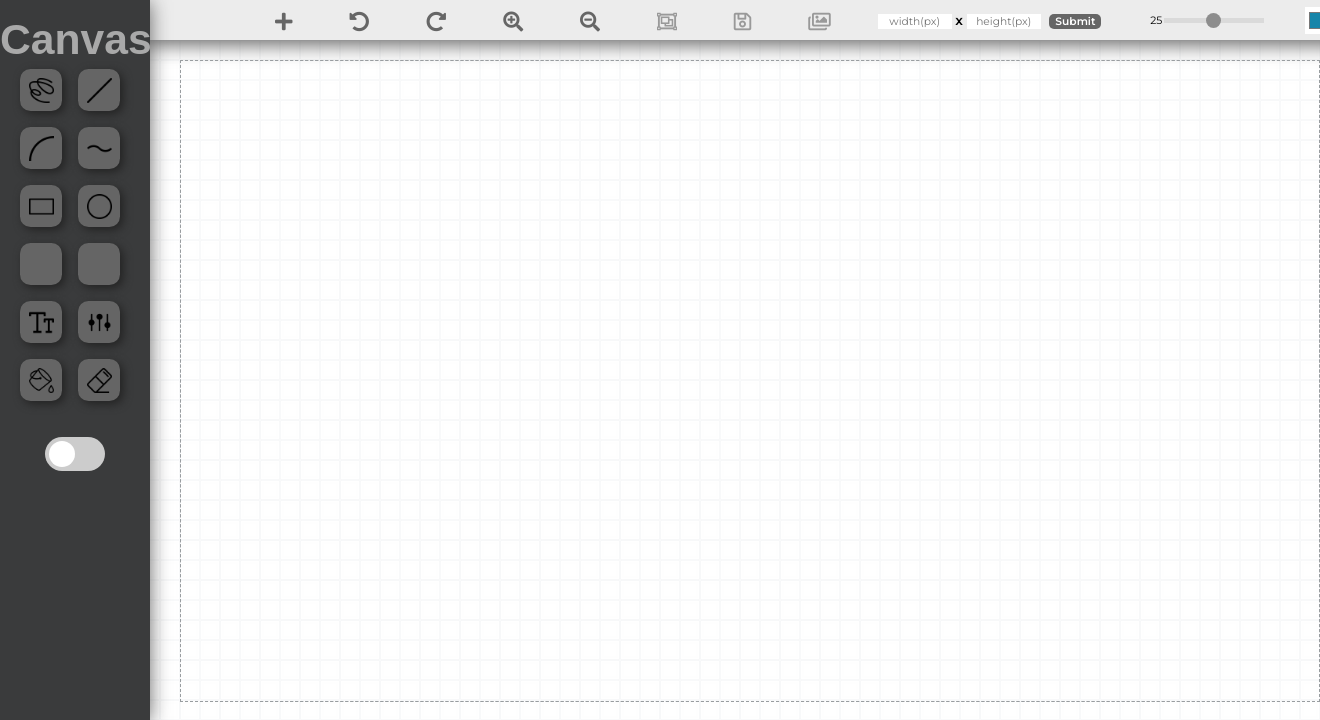
Repository: moryahng/myCanvasProject
Page: index.html
The author's editor kept a copy of each file at every save. The page is drawn from the files as they stood at one save, then again after a run of saves.
The browser window is 1280 px wide. The page is 1320 px wide, so the pictures cover 1320 px, including what lies to the right of the window. The pictures show the whole page.
Some web fonts or font styles are not loaded; a fallback is used.

Above is the page before, as saved 2021-11-11 13:47:30.
Console error: SyntaxError: Unexpected token 'this'

### index.html
<!DOCTYPE html>
<html lang="en">
<head>
    <meta charset="UTF-8">
    <meta http-equiv="X-UA-Compatible" content="IE=edge">
    <meta name="viewport" content="width=device-width, initial-scale=1.0">
    <!-- Font Awesome-->
    <link rel="stylesheet" href="https://use.fontawesome.com/releases/v5.15.4/css/all.css" integrity="sha384-DyZ88mC6Up2uqS4h/KRgHuoeGwBcD4Ng9SiP4dIRy0EXTlnuz47vAwmeGwVChigm" crossorigin="anonymous">
    <link rel="stylesheet" href="style.css">
    <title>Canvas</title>
</head>
<body>
    <!-- Navbar -->
    <nav class="nav-bar">
            <div id="description">
            <label id="label-undo" for="undo">Undo</label>
            <label id="label-redo"for="redo">Redo</label>
            <label id="label-colour-fill" for="pri-color">Fill</label>
            <label id="label-colour-border"for="sec-color">Border</label>

        </div>

        <div class="nav-items-container">
            <div class="nav-icon"><i class="fas fa-plus"></i></div>
            <div class="nav-icon"id="undo-btn"><i class="fas fa-undo-alt"></i></div>
            <div class="nav-icon"><i class="fas fa-redo-alt"></i></div>
            <div class="nav-icon"><i class="fas fa-search-plus"></i></div>
            <div class="nav-icon"><i class="fas fa-search-minus"></i></div>
            <div class="nav-icon deative"><i class="far fa-object-group"></i></div>
            <div class="nav-icon deative"><i class="far fa-save"></i></div>
            <div class="nav-icon deative"><i class="far fa-images"></i></div>

            <form id="dimension-input">
                <input class="dimension" id="canvas-width" type="text" placeholder="width(px)">
                x
                <input class="dimension" id="canvas-height" type="text" placeholder="height(px)">
                <input class="btn-submit" type="submit" value="Submit">
                <span class="nav-icon checked" id="submit-check"><i class="fas fa-check-circle"></i></span>
            </form>

            <div class="slidecontainer">
                <span id="brush-size-value"></span>
                <div id="brush-size-slider">
                    <input type="range" min="1" max="50" value="25" class="slider" id="brushsize">
                </div>
            </div>

            <div class="colour-picker">
                <input type="color" id="primary-colour" name="pri-color" value="#1685a9">
                <input type="color" id="secondary-colour" name="sec-color" value="#f2be45">
            </div>


        </div>

    </nav>


    <!-- Canvas -->
    <div id="canvas-container">
        <canvas
          id="canvas-real"
          class="canvas"
          width="1138px"
          height="640px"
        ></canvas>
        <canvas
          id="canvas-draft"
          class="canvas"
          width="1138px"
          height="640px"
        ></canvas>
      </div>


          <!-- Tools bar -->
    <nav class="tools-bar">
        <h1>Canvas</h1>
        <div class="toolsbar-container">
            <div class="toolsbar-item" id="drawing-line"><img src="./Images/doodle.png" alt="" height="25px" ></div>
            <div class="toolsbar-item" id="drawing-straight-line"><img src="./Images/diagonal-line.png" alt="" height="25px" ></div>
            <div class="toolsbar-item" id="drawing-quadratic-curve"><img src="./Images/curved-line.png" alt="" height="25px" ></div>
            <div class="toolsbar-item" id="drawing-bezier-curve"><img src="./Images/circumflex-accent.png" alt="" height="25px" ></div>
        </div>
        <div class="toolsbar-container">
            <div class="toolsbar-item" id="drawing-rectangle"><img src="./Images/rectangle.png" alt="" height="25px" ></div>
            <div class="toolsbar-item" id="drawing-circle"><img src="./Images/circle.png" alt="" height="25px" ></div>
            <div class="toolsbar-item"><img src="#" alt="" height="25px" ></div>
            <div class="toolsbar-item"><img src="#" alt="" height="25px" ></div>
        </div>
        <div class="toolsbar-container">
            <div class="toolsbar-item" id="insert-text"><img src="./Images/text.png" alt="" height="25px" ></div>
            <div class="toolsbar-item" id="filter"><img src="./Images/filter.png" alt="" height="25px" ></div>
            <div class="toolsbar-item" id="fill-bucket"><img src="./Images/paint-bucket.png" alt="" height="25px" ></div>
            <div class="toolsbar-item" id="eraser"><img src="./Images/eraser.png" alt="" height="25px" ></div>
        </div>

        <div class="toolsbar-container canvas-background">
        <label class="switch">
            <input type="checkbox" id="grid-background">
            <span class="toggleslider round"></span>
          </label>
        </div>

    </nav>

        <!-- jQuery -->
      <script
        src="https://code.jquery.com/jquery-3.5.1.js"
        integrity="sha256-QWo7LDvxbWT2tbbQ97B53yJnYU3WhH/C8ycbRAkjPDc="
        crossorigin="anonymous"></script>

      <script src="./javascript/canvas-common.js" type="text/javascript"></script>
      <!--Navbar functionality-->
      <script src="./javascript/navbar/canvas-navbar.js" type="text/javascript"></script>
      <script src="./javascript/navbar/new-canvas.js" type="text/javascript"></script>
      <script src="./javascript/navbar/undo.js" type="text/javascript"></script>
      <script src="./javascript/navbar/redo.js" type="text/javascript"></script>
      <script src="./javascript/navbar/zoom-in.js" type="text/javascript"></script>
      <script src="./javascript/navbar/zoom-out.js" type="text/javascript"></script>
      <script src="./javascript/navbar/selection.js" type="text/javascript"></script>
      <script src="./javascript/navbar/save-file.js" type="text/javascript"></script>
      <script src="./javascript/navbar/gallery.js" type="text/javascript"></script>
      <!--Toolsbar functionality-->
      <script src="./javascript/toolsbar/canvas-toolsbar.js" type="text/javascript"></script>
      <script src="./javascript/toolsbar/drawing-line.js" type="text/javascript"></script>
      <script src="./javascript/toolsbar/drawing-straight-line.js" type="text/javascript"></script>
      <script src="./javascript/toolsbar/drawing-quadratic-curve.js" type="text/javascript"></script>
      <script src="./javascript/toolsbar/drawing-bezier-curve.js" type="text/javascript"></script>
      <script src="./javascript/toolsbar/drawing-rectangle.js" type="text/javascript"></script>
      <script src="./javascript/toolsbar/drawing-circle.js" type="text/javascript"></script>
      <script src="./javascript/toolsbar/insert-text.js" type="text/javascript"></script>
      <script src="./javascript/toolsbar/fill-bucket.js" type="text/javascript"></script>
      <script src="./javascript/toolsbar/eraser.js" type="text/javascript"></script>


</body>
</html>

### style.css
@import url('https://fonts.googleapis.com/css2?family=Dongle:wght@300;400;700&family=Montserrat:ital,wght@0,100;0,200;0,300;0,400;0,500;0,600;0,700;0,800;0,900;1,100;1,200;1,300;1,400;1,500;1,600;1,700;1,800;1,900&display=swap');

body {
  background-image: url(./Images/grid-background.png);
  background-repeat: repeat;
  overflow: hidden;
  font-family: 'Montserrat', sans-serif;
}

h1{
    font-weight: 700;
    font-size: 32pt;
    margin-top: 15px;
    margin-bottom: 5px;
    text-align: center;
    color: #a9a9a9;
    font-family: 'Dongle', sans-serif;
}

input{
    background-color: white;
    border: none;
    font-family: 'Montserrat', sans-serif !important;
    text-align: center;
    font-size: 8pt;
}
i{
    margin-top: 5px;
}

#dimension-input{
    margin-right: 10px;
    font-size: 10pt;
    font-weight: 600;
    right: 0;
}
#colour-input{
    display: inline;
}

.dimension{
    width: 70px;
}

.btn-submit{
    font-size: 8pt !important;
    background-color: #666;
    color: white;
    border-radius: 5px;
    margin-left: 5px;
    font-weight: 600;
}

.nav-bar {
  display: flex;
  position: fixed;
  top: 0px;
  height: 40px;
  width: 100%;
  filter: drop-shadow(5px 5px 10px #666);
  background-color: #ececec;
  padding-left: 140px;
}

.slidecontainer {
    display: flex;
    flex-direction: row;
    justify-content: center;
    width: 120px; /* Width of the outside container */
  }

#brush-size-slider{
    display: flex;
    align-items: center;
}

#brush-size-value{
      font-size: 8pt;
      display: block;
}

  /* The slider itself */
  .slider {
    -webkit-appearance: none;  /* Override default CSS styles */
    appearance: none;
    width: 100px; /* Full-width */
    height: 5px; /* Specified height */
    background: #d3d3d3; /* Grey background */
    outline: none; /* Remove outline */
    opacity: 0.7; /* Set transparency (for mouse-over effects on hover) */
    -webkit-transition: .2s; /* 0.2 seconds transition on hover */
    transition: opacity .2s;
  }

  /* Mouse-over effects */
  .slider:hover {
    opacity: 1; /* Fully shown on mouse-over */
  }

  /* The slider handle (use -webkit- (Chrome, Opera, Safari, Edge) and -moz- (Firefox) to override default look) */
  .slider::-webkit-slider-thumb {
    -webkit-appearance: none; /* Override default look */
    appearance: none;
    width: 15px; /* Set a specific slider handle width */
    height: 15px; /* Slider handle height */
    border-radius: 50%;
    background: #666; /* Green background */
    cursor: pointer; /* Cursor on hover */
  }


.colour-container{
    display: block;
}
.colour-label{
    display: inline;
    min-width: 50px;
}

#label-colour-fill{
    display: none;
    font-size: 10pt;
}

#label-colour-border{
    display: none;
    font-size: 10pt;
}
#label-undo{
    display: none;
    font-size: 10pt;
}

#label-redo{
    display: none;
    font-size: 10pt;
}

#description{
    display: flex;
    width: 100px;
    height: 40px;
    align-items: center;
    justify-content: center;
}

.nav-items-container{
    display: flex;
    flex-direction: row;
    height: 40px;
    width: 1200px;
    align-items: center;
    justify-content:space-around;
}

.nav-icon{
    display: block;
    font-size: 20px;
    color: #666;
    padding: 10px;
}

.nav-icon.deative{
  color: #999;
}

.nav-icon.checked{
    display: none;
    font-size: 10px;
    color: green;
    margin: 5px 5px;
}

.inactive{
    color: white;
}



.tools-bar {
  position: fixed;
  top: 0px;
  left: 0px;
  height: 100vh;
  width: 150px;
  background-color: #3a3b3c;
  opacity: 60;
  filter: drop-shadow(0px 2px 10px #666);
}

.canvas {
  position: absolute;
  top: 60px;
  left: 180px;
  border: dashed 0.5px #999da0;
}

#canvas-draft {
  background-color: transparent;
}

#canvas-container {
  clear: both;
  height: 640px;
  top: 60px;
  left: 180px;
  overflow: scroll;
}

.toolsbar-container {
  display: grid;
  text-align: center;
  margin-left: 20px;
  margin-right: 20px;
  margin-bottom: 16px;
  grid-template-columns: 42px 42px;
  grid-template-rows: 42px 42px;
  grid-gap: 16px;
}

.canvas-background{
    display: block !important;
    padding-top: 20px;
    justify-content: center;
}

.toolsbar-item{
    background-color:#656565;
    border-radius: 25%;
    padding: 8.5px;
    filter: drop-shadow(3px 3px 5px rgb(34, 34, 34));
}

.toolsbar-item-style{
    color: #666;
    font-size: 22px;
}

/*toggle switch */


/* The switch - the box around the slider */
.switch {
  position: relative;
  display: inline-block;
  width: 60px;
  height: 34px;
}

/* Hide default HTML checkbox */
.switch input {
  opacity: 0;
  width: 0;
  height: 0;
}

/* The slider */
.toggleslider {
  position: absolute;
  cursor: pointer;
  top: 0;
  left: 0;
  right: 0;
  bottom: 0;
  background-color: #ccc;
  -webkit-transition: .4s;
  transition: .4s;
}

.toggleslider:before {
  position: absolute;
  content: "";
  height: 26px;
  width: 26px;
  left: 4px;
  bottom: 4px;
  background-color: white;
  -webkit-transition: .4s;
  transition: .4s;
}

input:checked + .toggleslider {
  background-color: #545454;
}

input:focus + .toggleslider {
  box-shadow: 0 0 1px #545454;
}

input:checked + .toggleslider:before {
  -webkit-transform: translateX(26px);
  -ms-transform: translateX(26px);
  transform: translateX(26px);
}

/* Rounded sliders */
.toggleslider.round {
  border-radius: 34px;
}

.toggleslider.round:before {
  border-radius: 50%;
}

/* pris added */
/* selection change color */

.toolsbar-item:hover{
  background: white;
}

.toolsbar-item:active{
  background: white;
}

### Javascript/navbar/new-canvas.js
$("#new-btn").click(function() {
    push();
    contextReal.clearRect(0, 0, canvasReal.width, canvasReal.height);
})

### Javascript/navbar/undo.js
$("#undo-btn").click(function undo() {
    if (step > 0) {

    step--;
    console.log(`undo step: ${step}`)
    let canvaspic = new Image();
    canvaspic.src = userhistory[step];
    canvaspic.onload = function() {
    contextReal.clearRect(0, 0, canvasReal.width, canvasReal.height);
    contextReal.drawImage(canvaspic, 0, 0)
    }
    }

    })

document.addEventListener('keydown', function (event) {
  if (event.ctrlKey && event.key == 'z') {
    if (step > 0) {

      step--;
      console.log(`undo step: ${step}`)
      let canvaspic = new Image();
      canvaspic.src = userhistory[step];
      canvaspic.onload = function() {
      contextReal.clearRect(0, 0, canvasReal.width, canvasReal.height);
      contextReal.drawImage(canvaspic, 0, 0)
      }
      }}
})

### Javascript/navbar/redo.js
$("#redo-btn").click(function redo() {
    if (step < userhistory.length - 1) {
    step++;
    console.log(`redo step: ${step}`)
    let canvaspic = new Image();
    canvaspic.src = userhistory[step];
    canvaspic.onload = function() {
    contextReal.clearRect(0, 0, canvasReal.width, canvasReal.height);
    contextReal.drawImage(canvaspic, 0, 0)
    }
    }

    })

 document.addEventListener('keydown', function (event) {
  if (event.ctrlKey && event.key == 'Z') {
    console.log("redo key")
    if (step < userhistory.length - 1) {
      step++;
      console.log(`redo step: ${step}`)
      let canvaspic = new Image();
      canvaspic.src = userhistory[step];
      canvaspic.onload = function() {
      contextReal.clearRect(0, 0, canvasReal.width, canvasReal.height);
      contextReal.drawImage(canvaspic, 0, 0)
      }
      }}
})

### Javascript/navbar/save-file.js
$("#savef").click(() => {
var link = document.createElement('p');
let name = prompt("Enter name of the file: ")
  link.download = `${name}.png`;
  link.href = document.getElementById('canvas-real').toDataURL()
  link.click();

});

### Javascript/toolsbar/canvas-toolsbar.js
$(()=>{
    currentFunction =  new DrawingLine(contextReal)

    $("#drawing-line").click(() => {
        currentFunction = new DrawingLine(contextReal);});

    $("#drawing-straight-line").click(() => {
        currentFunction = new DrawingStriaght(contextReal);});

    $("#drawing-quadratic-curve").click(() => {
        currentFunction = new DrawingQuadratic(contextReal);});

    $("#drawing-bezier-curve").click(() => {
        currentFunction = new DrawingBezier(contextReal);});

    $("#drawing-rectangle").click(() => {
        currentFunction = new DrawingRectangle(contextReal, contextDraft);});

    $("#drawing-circle").click(() => {
        currentFunction = new DrawingCircle(contextReal, contextDraft);});

    $("#insert-text").click(() => {
        currentFunction = new InsertText(contextReal, contextDraft);});

    $("#filter").click(() => {
        currentFunction = new Filter(contextReal, contextDraft);});

    $("#fill-bucket").click(() => {
        currentFunction = new FillBucket(contextReal, contextDraft);});

    $("#eraser").click(() => {
      currentFunction = new Eraser(contextReal);});

  })

### Javascript/toolsbar/drawing-line.js
/**********************************************
 * Drawing Line Functionality
 * ==================================
 * This class extends the PaintFunction class, which you can find in canvas-common
 * Remember, order matters
 ***********************************************/


class DrawingLine extends PaintFunction {
    // This class extends the PaintFunction class
    // You are only passing one instance here

    constructor(contextReal) {
      super();
      this.context = contextReal;

    }

    // On mouse down, ensure that the pen has these features
    onMouseDown(coord, event) {
      // Fill in the color
      this.context.strokeStyle = $("#primary-colour").val();
      // Kind of line
      this.context.lineJoin = "round";
      // Width of line
      this.context.lineWidth = $("#brushsize").val();
      // Drawing the line here
      this.context.beginPath();
      this.context.moveTo(coord[0], coord[1]);

    }
    // Clicking and removing your mouse
    onDragging(coord, event) {
      this.draw(coord[0], coord[1]);
    }

    onMouseMove() {}
    onMouseUp() {
      push()
    }
    onMouseLeave() {}
    onMouseEnter() {}

    draw(x, y) {
      //
      this.context.lineTo(x, y);
      // Draw the line onto the page
      this.context.stroke();
    }
  }

### Javascript/toolsbar/insert-text.js
class InsertText extends PaintFunction {
    constructor(contextReal, contextDraft) {
      super();
      this.contextReal = contextReal;
      var hasInput = false;
    }
    onMouseDown(coord, event) {
        var font = "12px sans-serif",

        this.contextReal.fillText = $("#primary-colour").val();
        if (hasInput) return;
        addInput(
        this.origX = coord[0];
        this.origY = coord[1];)
      }



}

### Javascript/toolsbar/eraser.js
/**********************************************
 * Drawing Line Functionality
 * ==================================
 * This class extends the PaintFunction class, which you can find in canvas-common
 * Remember, order matters
 ***********************************************/
 class Eraser extends PaintFunction {
    // This class extends the PaintFunction class
    // You are only passing one instance here

    constructor(contextReal) {
      super();
      this.context = contextReal;
    }

    // On mouse down, ensure that the pen has these features
    onMouseDown(coord, event) {
      // Fill in the color
      this.context.globalCompositeOperation = 'destination-out';
      // Kind of line
      this.context.lineJoin = "round";
      // Width of line
      this.context.lineWidth = $("#brushsize").val();
      // Drawing the line here
      this.context.beginPath();
      this.context.moveTo(coord[0], coord[1]);
    }
    // Clicking and removing your mouse
    onDragging(coord, event) {
      this.draw(coord[0], coord[1]);
    }

    onMouseMove() {}
    onMouseUp() {}
    onMouseLeave() {}
    onMouseEnter() {}

    draw(x, y) {
      //
      this.context.lineTo(x, y);
      // Draw the line onto the page
      this.context.stroke();
    }
  }

Loaded but not shown: Javascript/navbar/gallery.js (224 lines, source omitted); Javascript/toolsbar/drawing-quadratic-curve.js (97 lines, source omitted); Javascript/canvas-common.js (71 lines, source omitted); Javascript/toolsbar/drawing-rectangle.js (66 lines, source omitted); Javascript/navbar/canvas-navbar.js (55 lines, source omitted); Javascript/toolsbar/drawing-straight-line.js (58 lines, source omitted); Javascript/toolsbar/drawing-circle.js (41 lines, source omitted); javascript/navbar/zoom-in.js (no stored copy; drawn as an empty file); javascript/navbar/zoom-out.js (no stored copy; drawn as an empty file); javascript/navbar/selection.js (no stored copy; drawn as an empty file); javascript/toolsbar/drawing-bezier-curve.js (no stored copy; drawn as an empty file); javascript/toolsbar/fill-bucket.js (no stored copy; drawn as an empty file)

After the next 3 saves:
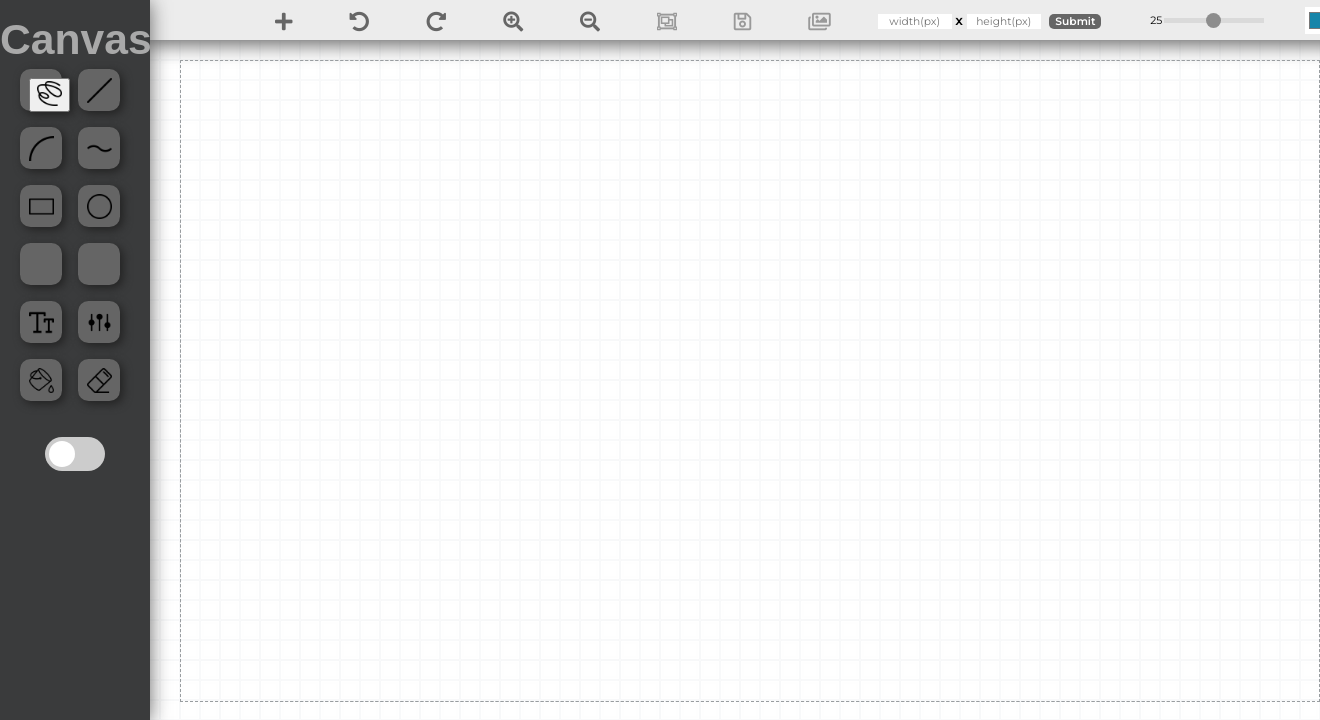
The 3 saves are shown as one change because they came seconds apart.
The last was saved 11 s later.
--- a/index.html
+++ b/index.html
@@ -77,7 +77,7 @@
     <nav class="tools-bar">
         <h1>Canvas</h1>
         <div class="toolsbar-container">
-            <div class="toolsbar-item" id="drawing-line"><img src="./Images/doodle.png" alt="" height="25px" ></div>
+            <div class="toolsbar-item" id="drawing-line"><button><img src="./Images/doodle.png" alt="" height="25px" ></button></div>
             <div class="toolsbar-item" id="drawing-straight-line"><img src="./Images/diagonal-line.png" alt="" height="25px" ></div>
             <div class="toolsbar-item" id="drawing-quadratic-curve"><img src="./Images/curved-line.png" alt="" height="25px" ></div>
             <div class="toolsbar-item" id="drawing-bezier-curve"><img src="./Images/circumflex-accent.png" alt="" height="25px" ></div>

After the save that followed:
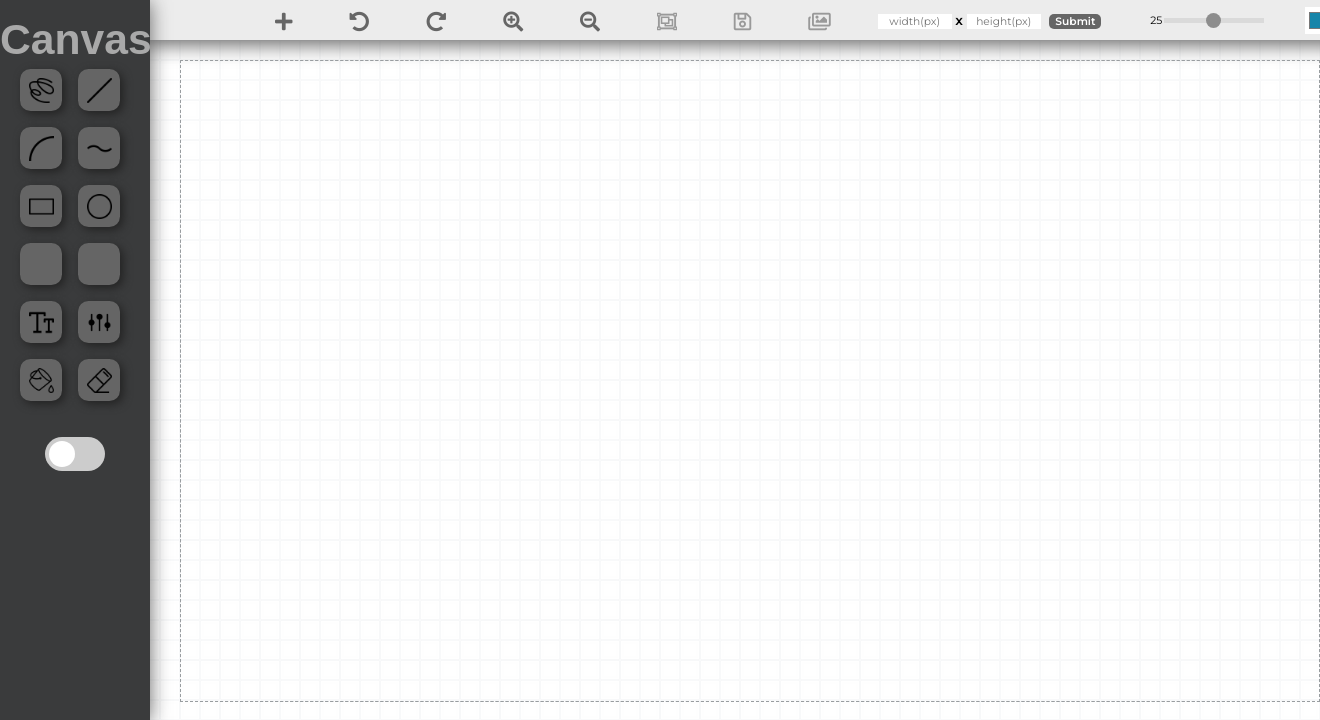
Saved 57 s later.
--- a/index.html
+++ b/index.html
@@ -77,7 +77,7 @@
     <nav class="tools-bar">
         <h1>Canvas</h1>
         <div class="toolsbar-container">
-            <div class="toolsbar-item" id="drawing-line"><button><img src="./Images/doodle.png" alt="" height="25px" ></button></div>
+            <div class="toolsbar-item" id="drawing-line"><img src="./Images/doodle.png" alt="" height="25px" ></div>
             <div class="toolsbar-item" id="drawing-straight-line"><img src="./Images/diagonal-line.png" alt="" height="25px" ></div>
             <div class="toolsbar-item" id="drawing-quadratic-curve"><img src="./Images/curved-line.png" alt="" height="25px" ></div>
             <div class="toolsbar-item" id="drawing-bezier-curve"><img src="./Images/circumflex-accent.png" alt="" height="25px" ></div>
